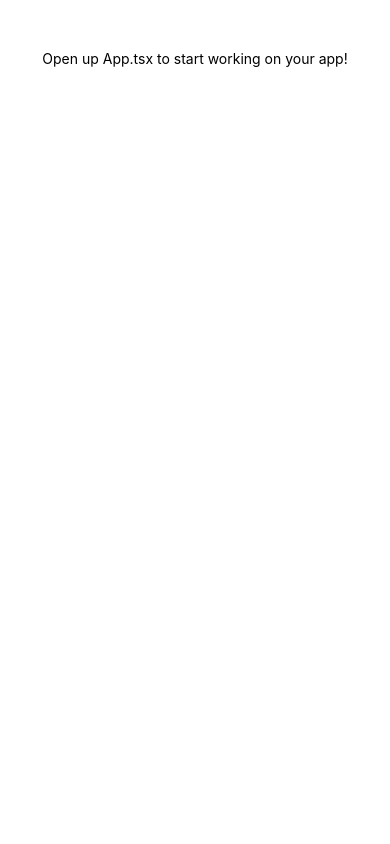
Repository: sonnke/imageResizer
Screen: /
These files come from the project's save history. The screen is drawn as it stood at one moment and after a run of saves; the edit follows.
The app was drawn by React Native's web renderer in a window 390 px wide. The project was rebuilt for these pictures with package versions that can differ from the ones it lists, and the page was loaded fresh each time.

Above is the screen before, as saved 2020-02-02 12:10:21.

### App.tsx
import React from 'react';
import { StyleSheet, Text, View } from 'react-native';
import styled from 'styled-components/native';

const MainContainer = styled.View`
  flex: 1;
  align-items: center;
  justify-content: flex-start;
  padding-top: 50px;
`;

export default function App() {
  return (
    <MainContainer>
      <Text>Open up App.tsx to start working on your app!</Text>
    </MainContainer>
  );
}

After the next 2 saves:
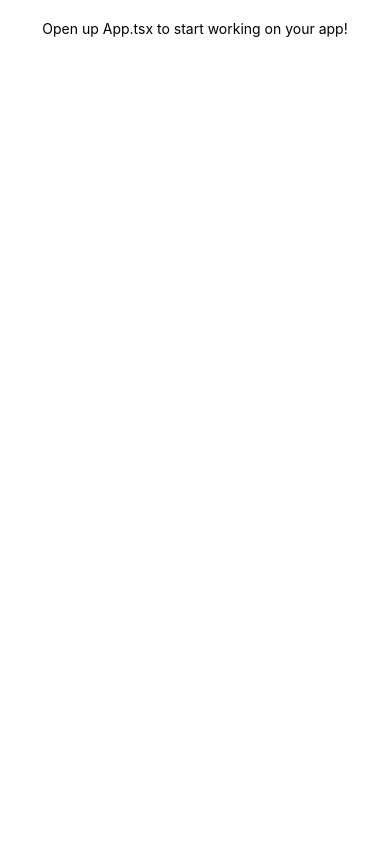
The 2 saves are shown as one change because they came seconds apart.
The last was saved 26 s later.
--- a/App.tsx
+++ b/App.tsx
@@ -6,7 +6,7 @@ const MainContainer = styled.View`
   flex: 1;
   align-items: center;
   justify-content: flex-start;
-  padding-top: 50px;
+  padding: 20px;
 `;
 
 export default function App() {
